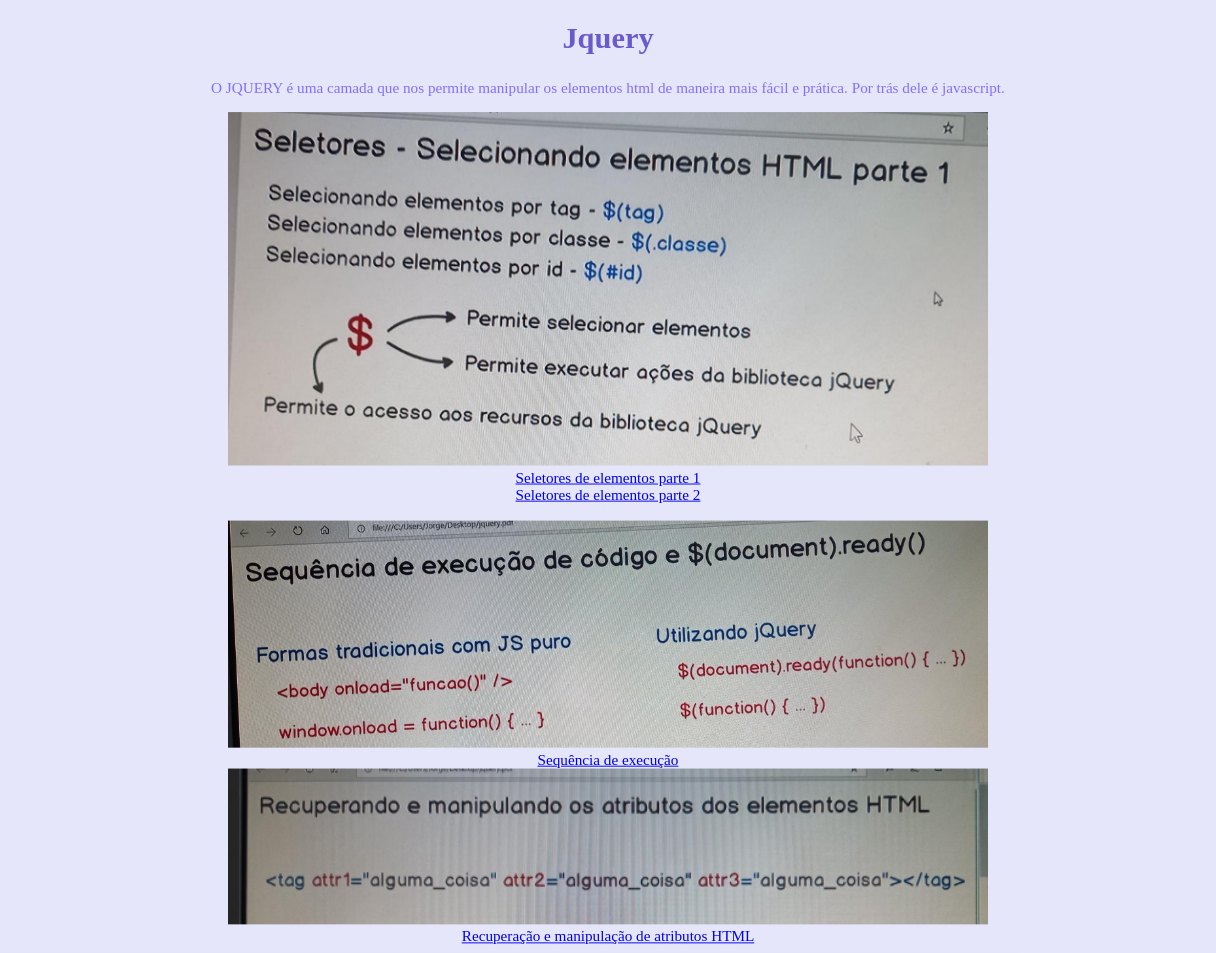
Repository: 2001mariana/jquery
Page: index.html
These files come from the project's save history. The page is drawn as it stood at one moment and after the next save; the edit follows.
The browser window is 1280 px wide. The pictures show the whole page, at 95% of full size.

Above is the page before, as saved 2022-08-04 13:48:08.

After the next save:
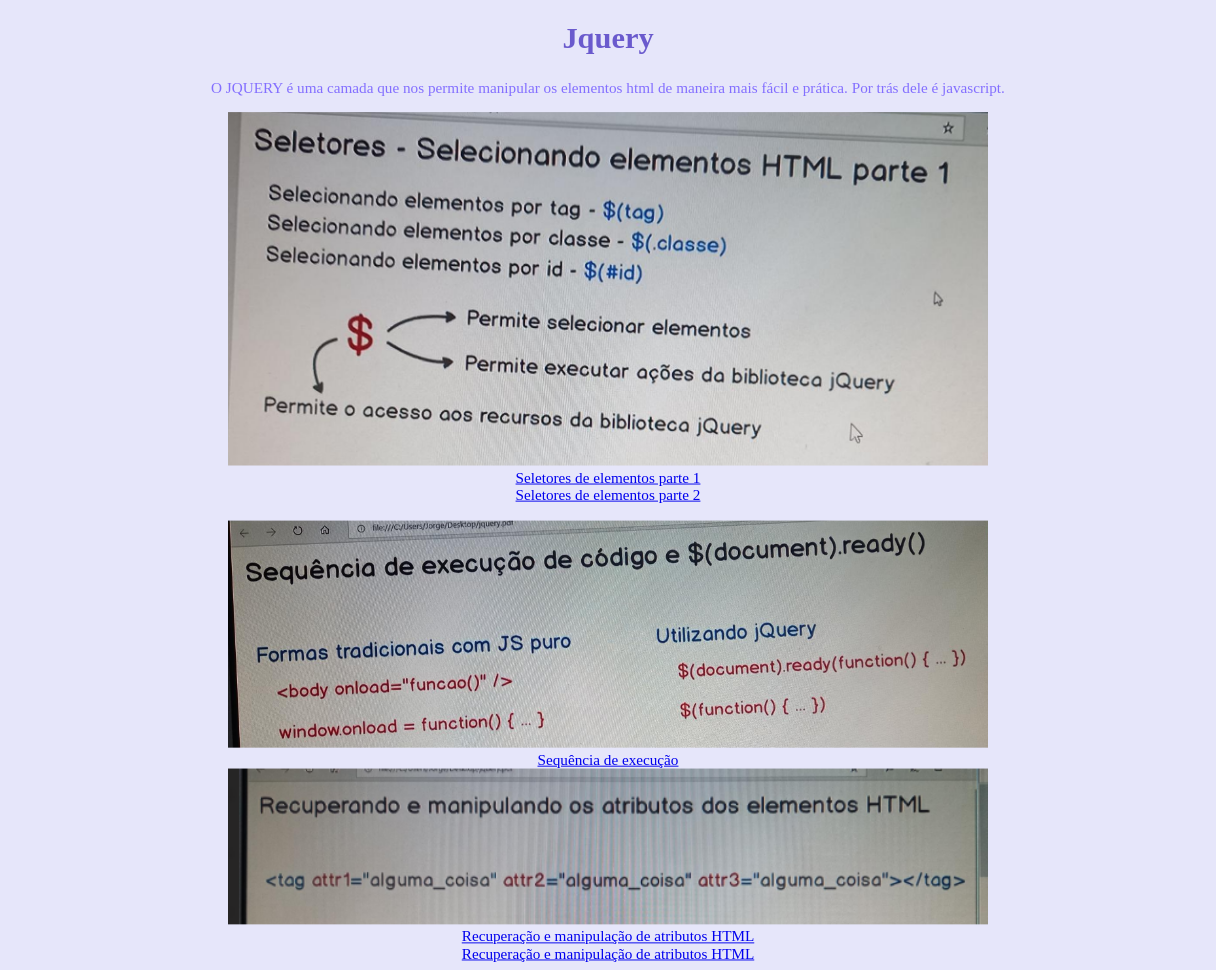
Saved 13 s later.
--- a/index.html
+++ b/index.html
@@ -27,6 +27,7 @@
         <img src="img/update-attr-html-element.PNG" id="imagem" />
     </div>
     <div><a href="html-manipulation.html">Recuperação e manipulação de atributos HTML</a></div>
+    <div><a href="html-manipulation.html">Recuperação e manipulação de atributos HTML</a></div>
 </body>
 <script>
     $("h1").css("color", "#6A5ACD")
